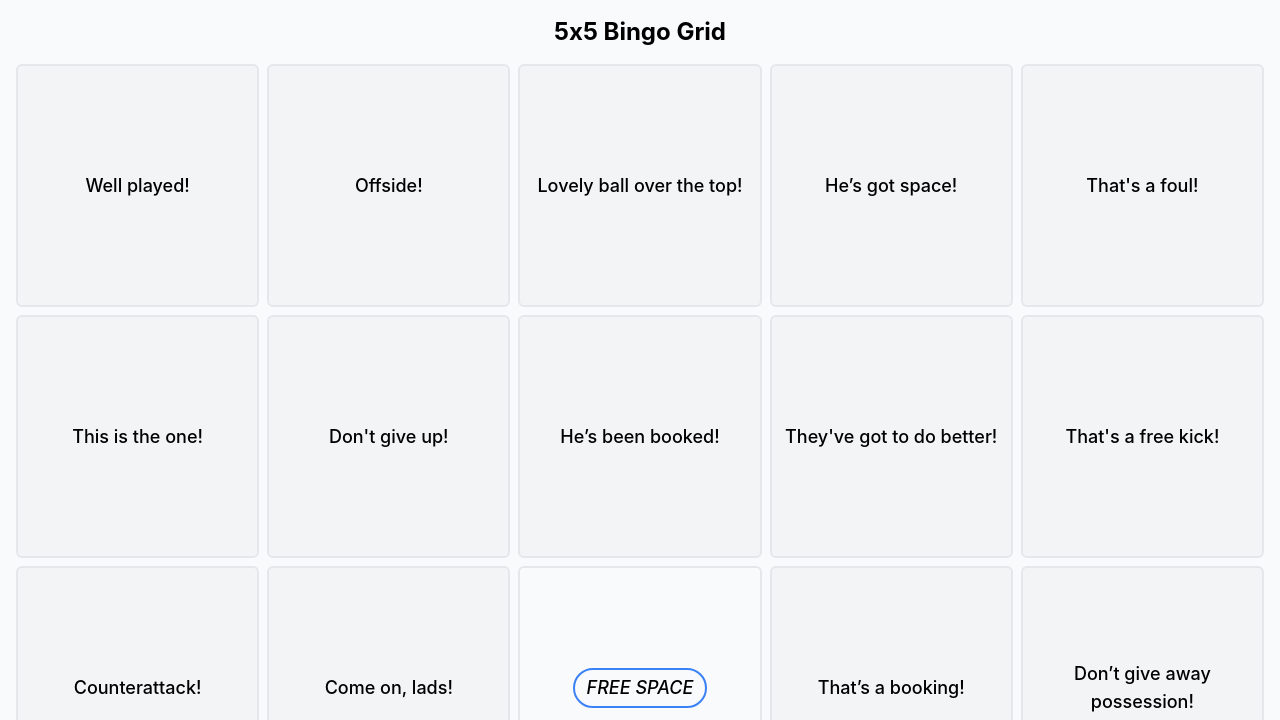
Repository: yassirbn/football-bingo
Page: /
The author's editor kept a copy of each file at every save. The page is drawn from the files as they stood at one save, then again after the next save.
The browser window is 1280 px wide. The pictures show the whole page.
The project was rebuilt for these pictures with package versions that can differ from the ones it lists, and the page was loaded fresh each time.

Above is the page before, as saved 2024-11-26 18:34:31.

### src/index.css

@import url('https://fonts.googleapis.com/css2?family=Caveat:wght@400;700&display=swap');

@tailwind base;
@tailwind components;
@tailwind utilities;


body {
  margin: 0;
  font-family: -apple-system, BlinkMacSystemFont, 'Segoe UI', 'Roboto', 'Oxygen',
    'Ubuntu', 'Cantarell', 'Fira Sans', 'Droid Sans', 'Helvetica Neue',
    sans-serif;
  -webkit-font-smoothing: antialiased;
  -moz-osx-font-smoothing: grayscale;
}

code {
  font-family: source-code-pro, Menlo, Monaco, Consolas, 'Courier New',
    monospace;
}

### src/App.js
import React from "react";
import BingoGrid from "./component/BingoGrid/BingoGrid";


const App = () => {
  const words  = [
    "What a save!",
    "Offside!",
    "Penalty! Oh, no!",
    "Pass the ball!",
    "That's a dive!",
    "Red card!",
    "Goal! What a strike!",
    "He's on fire!",
    "Foul!",
    "Clear it!",
    "He's through on goal!",
    "Nice touch!",
    "What a tackle!",
    "Great cross!",
    "Counterattack!",
    "He’s injured!",
    "Come on, ref!",
    "Get it in the box!",
    "Keeper's got it!",
    "That's a foul!",
    "No way! That’s a dive!",
    "Good save, keeper!",
    "What a ball!",
    "Hold it up!",
    "Look at that footwork!",
    "Get stuck in!",
    "That’s a booking!",
    "Lovely ball over the top!",
    "That’s a terrible miss!",
    "Get back!",
    "Play to the whistle!",
    "It's all square!",
    "Time for a substitution!",
    "They’re all over them!",
    "Nice pass!",
    "He’s got space!",
    "He’s wide open!",
    "Well played!",
    "Take a shot!",
    "That’s a brilliant goal!",
    "What a finish!",
    "Come on, lads!",
    "Don't give up!",
    "He's made a run!",
    "Get the ball out of there!",
    "Hold the line!",
    "He’s been booked!",
    "That's a red card!",
    "This could be it!",
    "He’s in the clear!",
    "It’s a goal kick!",
    "That's a free kick!",
    "Shoot! Shoot!",
    "That's too easy!",
    "They've got to do better!",
    "He's off the ball!",
    "Put it in the back of the net!",
    "This is getting tense!",
    "He’s looking dangerous!",
    "Don’t give away possession!",
    "He’s gone down easy!",
    "That's a top save!",
    "This is the one!",
    "Make it count!"
  ];


  return (
    <div className="min-h-screen bg-gray-50 flex items-center justify-center">
      <BingoGrid words={words} />
    </div>
  );
};

export default App;

### src/component/BingoGrid/BingoGrid.js
import React, { useState } from "react";

const BingoGrid = ({ words }) => {
  const gridSize = 5; // 5x5 grid
  const totalCells = gridSize * gridSize;

  // Shuffle words only once and store in state
  const initializeGrid = () => {
    const shuffledWords = [...words].sort(() => 0.5 - Math.random()).slice(0, totalCells);

    // Fill with placeholders if not enough words
    while (shuffledWords.length < totalCells) {
      shuffledWords.push("PLACEHOLDER");
    }

    // Replace the center cell with "FREE SPACE"
    const centerIndex = Math.floor(totalCells / 2);
    shuffledWords[centerIndex] = "FREE SPACE";

    return shuffledWords;
  };

  const [gridWords] = useState(initializeGrid);
  const [selectedCells, setSelectedCells] = useState(
    Array(totalCells).fill(false).map((_, i) => i === Math.floor(totalCells / 2)) // Center (FREE SPACE) is pre-selected
  );
  const [bingo, setBingo] = useState(false);

  // Handle cell click
  const handleCellClick = (index) => {
    if (gridWords[index] === "FREE SPACE" || selectedCells[index]) return; // Ignore clicks on FREE SPACE or already selected cells

    const updatedSelection = [...selectedCells];
    updatedSelection[index] = true;
    setSelectedCells(updatedSelection);

    // Check for Bingo
    checkForBingo(updatedSelection);
  };

  // Check for Bingo
  const checkForBingo = (selected) => {
    const checkLine = (line) => line.every((index) => selected[index]);

    // Generate all rows, columns, and diagonals
    const rows = Array.from({ length: gridSize }, (_, i) =>
      Array.from({ length: gridSize }, (_, j) => i * gridSize + j)
    );
    const cols = Array.from({ length: gridSize }, (_, i) =>
      Array.from({ length: gridSize }, (_, j) => j * gridSize + i)
    );
    const diagonal1 = Array.from({ length: gridSize }, (_, i) => i * gridSize + i);
    const diagonal2 = Array.from({ length: gridSize }, (_, i) => (i + 1) * gridSize - (i + 1));

    const lines = [...rows, ...cols, diagonal1, diagonal2];

    if (lines.some(checkLine)) {
      setBingo(true); // Set Bingo to true to trigger animations
    }
  };

  return (
    <div className="p-4 relative h-screen overflow-hidden">
      {/* Fireworks Animation */}
      {bingo && (
        <div className="absolute inset-0 z-20 flex justify-center items-center pointer-events-none">
          {/* Firework Particles */}
          {Array.from({ length: 300 }).map((_, idx) => (
            <div
              key={idx}
              className="fireworks-particle w-4 h-4 rounded-full absolute animate-fireworks"
              style={{
                "--x": `${Math.random() * 120 - 60}vw`, // Expanded X direction
                "--y": `${Math.random() * 120 - 60}vh`, // Expanded Y direction
                "--size": `${Math.random() * 10 + 5}px`, // Random size (larger particles)
                "--duration": `${Math.random() * 2 + 1.5}s`, // Increased duration for longer explosion
                "--delay": `${Math.random() * 0.5}s`, // Random delay
                backgroundColor: `hsl(${Math.random() * 360}, 100%, 50%)`, // Random color (HSL)
                transform: `rotate(${Math.random() * 360}deg)` // Random rotation for more chaos
              }}
            ></div>
          ))}
        </div>
      )}

      {/* Bingo Text Animation */}
      {bingo && (
        <div className="absolute inset-0 flex items-center justify-center z-10 animate-bingo-fade">
          <h2 className="text-7xl sm:text-8xl md:text-9xl lg:text-10xl font-extrabold text-red-600 animate-bingo-shake">
            BINGO!
          </h2>
        </div>
      )}

      {/* Bingo Grid */}
      <h1 className="text-center text-2xl font-bold mb-4">5x5 Bingo Grid</h1>
      <div
        className="grid gap-2"
        style={{
          gridTemplateColumns: `repeat(${gridSize}, minmax(50px, 1fr))`,
        }}
      >
        {gridWords.map((word, index) => (
          <div
            key={index}
            className={`flex items-center justify-center border-2 rounded-md text-center font-medium aspect-square p-2
              ${selectedCells[index] ? "bg-transparent" : "bg-gray-100 hover:bg-blue-200 cursor-pointer"}
              ${word === "FREE SPACE" ? "cursor-default" : ""}`}
            onClick={() => handleCellClick(index)}
          >
            <span
              className={`text-xs sm:text-sm md:text-base lg:text-lg font-medium
                ${word === "FREE SPACE" ? "font-bold italic" : ""}
                ${selectedCells[index] ? "border-2 border-blue-500 rounded-full py-1 px-3" : ""}`}
            >
              {word}
            </span>
          </div>
        ))}
      </div>
    </div>
  );
};

export default BingoGrid;

### tailwind.config.js
/** @type {import('tailwindcss').Config} */
module.exports = {
  content: ['./src/**/*.{js,jsx,ts,tsx}'],
  theme: {
    extend: {
      fontFamily: {
        handwritten: ["'Caveat'", "cursive"],
      },
      animation: {
        fireworks: "fireworks 1.5s ease-out forwards",
        "bingo-fade": "bingo-fade 2s ease-out forwards",
        "bingo-shake": "bingo-shake 0.5s ease-in-out infinite",
      },
      keyframes: {
        fireworks: {
          "0%": {
            transform: "scale(0) translate(0, 0)",
            opacity: 1,
          },
          "50%": {
            transform: "scale(1) translate(var(--x), var(--y))",
            opacity: 1,
          },
          "100%": {
            transform: "scale(2) translate(var(--x), var(--y))",
            opacity: 0,
          },
        },
        "bingo-fade": {
          "0%": { opacity: 0 },
          "100%": { opacity: 1 },
        },
        "bingo-shake": {
          "0%": { transform: "rotate(0)" },
          "25%": { transform: "rotate(5deg)" },
          "50%": { transform: "rotate(0)" },
          "75%": { transform: "rotate(-5deg)" },
          "100%": { transform: "rotate(0)" },
        },
      },
    },
  },
  plugins: [],
}

Loaded but not shown: public/index.html (common file); src/index.js (common file); src/reportWebVitals.js (common file)

After the next save:
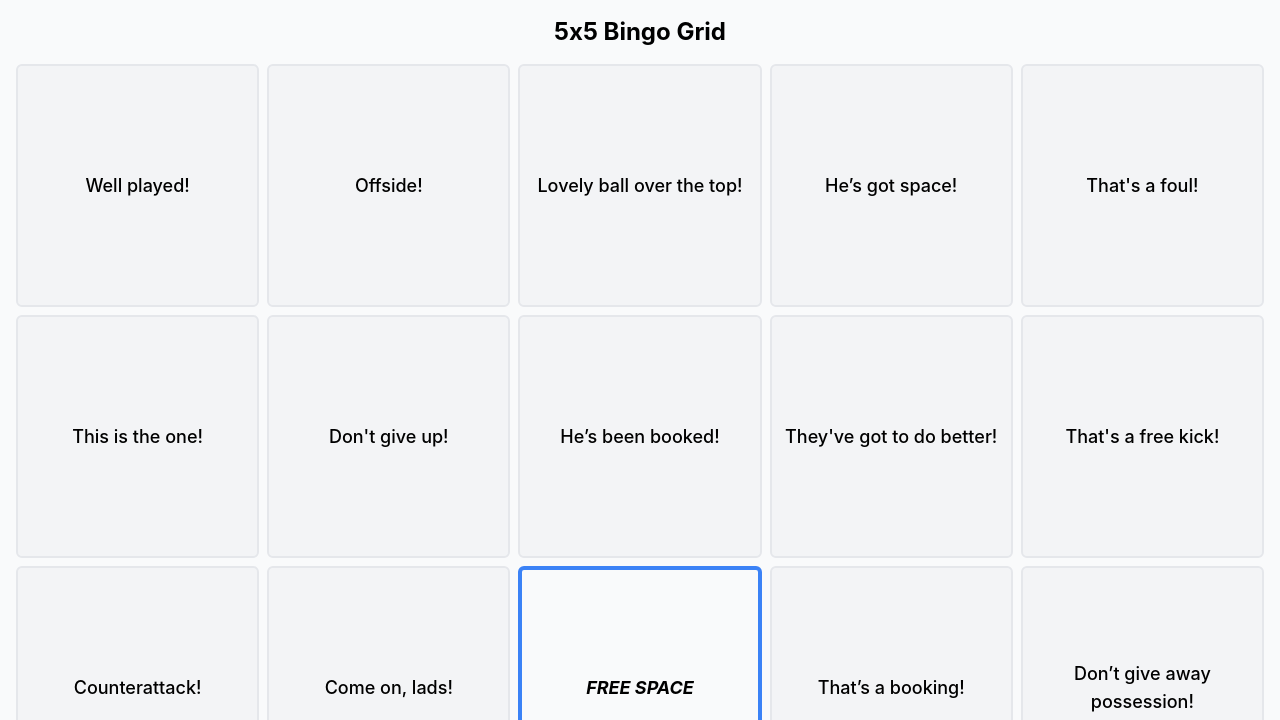
Saved 12 s later.
--- a/src/component/BingoGrid/BingoGrid.js
+++ b/src/component/BingoGrid/BingoGrid.js
@@ -104,14 +104,12 @@ const BingoGrid = ({ words }) => {
           <div
             key={index}
             className={`flex items-center justify-center border-2 rounded-md text-center font-medium aspect-square p-2
-              ${selectedCells[index] ? "bg-transparent" : "bg-gray-100 hover:bg-blue-200 cursor-pointer"}
+              ${selectedCells[index] ? "bg-transparent border-4 border-blue-500 rounded-full" : "bg-gray-100 hover:bg-blue-200 cursor-pointer"}
               ${word === "FREE SPACE" ? "cursor-default" : ""}`}
             onClick={() => handleCellClick(index)}
           >
             <span
-              className={`text-xs sm:text-sm md:text-base lg:text-lg font-medium
-                ${word === "FREE SPACE" ? "font-bold italic" : ""}
-                ${selectedCells[index] ? "border-2 border-blue-500 rounded-full py-1 px-3" : ""}`}
+              className={`break-words text-xs sm:text-sm md:text-base lg:text-lg ${word === "FREE SPACE" ? "font-bold italic" : ""}`}
             >
               {word}
             </span>
